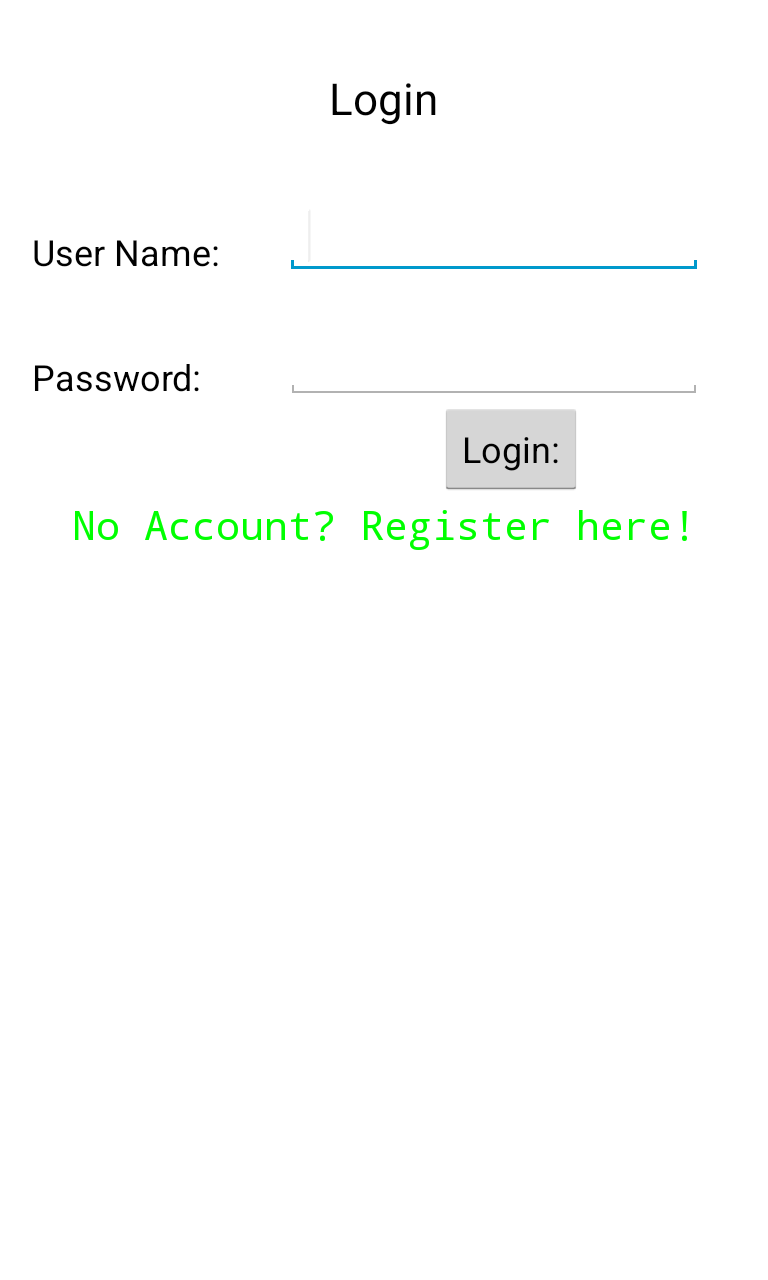
Repository: chrisberry/WebAPIWithAndroidUI
Layout: PeopleAPIAndroid/PeopleAPI/res/layout/login_main.xml
An editor plug-in stored every save of this project. The layout is shown before and after the next save, followed by the edit.
It is drawn on a 768 x 1280 px phone screen (xhdpi) without system bars, with theme AppTheme; the app's code is not run.

Above is the layout before, as saved 2014-02-11 18:25:54.

After the next save:
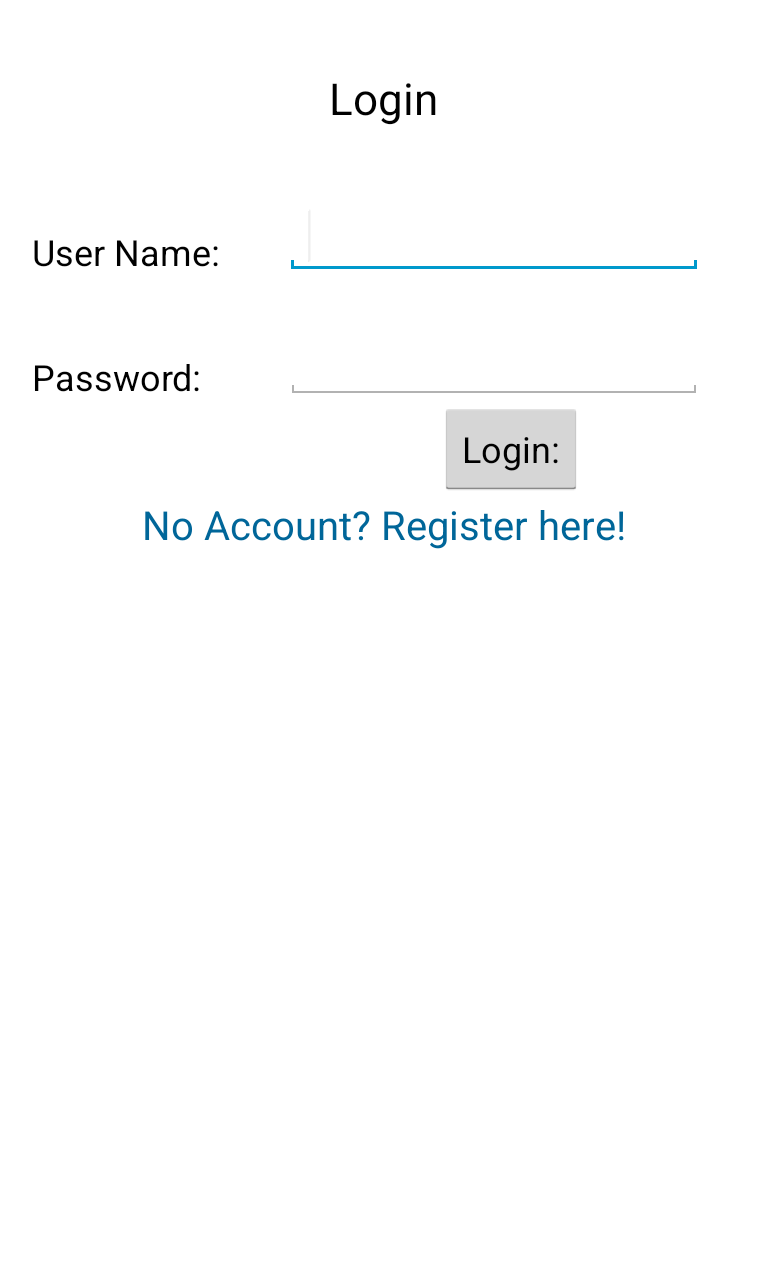
Saved 13 s later.
--- a/PeopleAPIAndroid/PeopleAPI/res/values/styles.xml
+++ b/PeopleAPIAndroid/PeopleAPI/res/values/styles.xml
@@ -22,8 +22,8 @@
      <style name="CodeFont" parent="@android:style/TextAppearance.Medium">
           <item name="android:layout_width">fill_parent</item>
         <item name="android:layout_height">wrap_content</item>
-        <item name="android:textColor">#00FF00</item>
-        <item name="android:typeface">monospace</item>
+        <item name="android:textColor">#006699</item>
+        <item name="android:typeface">sans</item>
          </style>
 <color name="gray">#eaeaea</color>
     <color name="titlebackgroundcolor">#00abd7</color>
